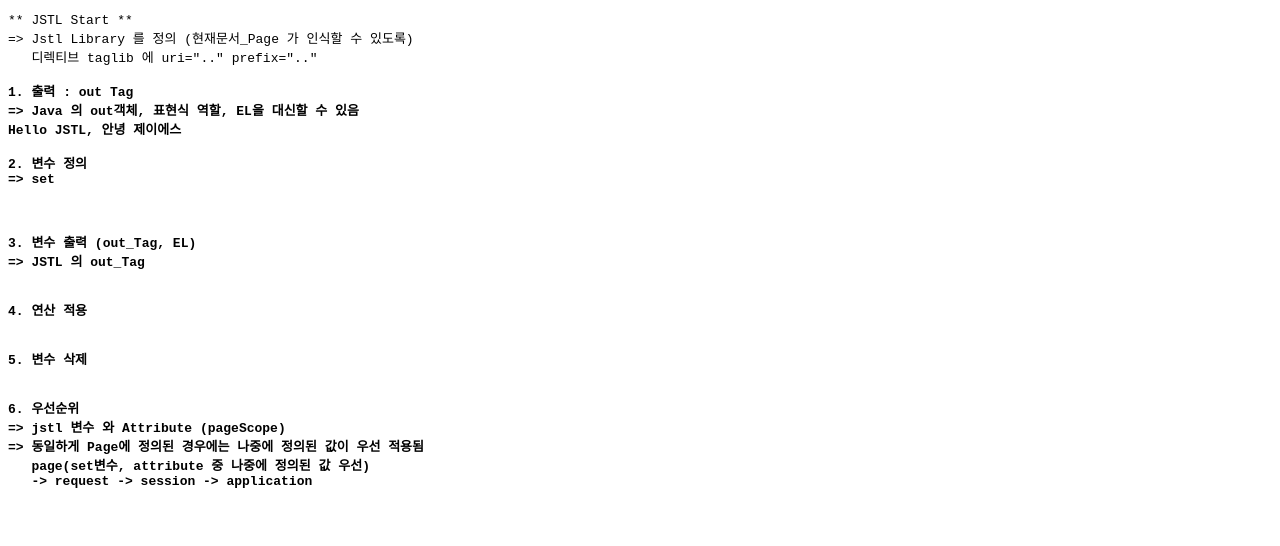
Repository: nameground/Java
Page: http://localhost/Web01/jsp05_JSTL/ex01_JSTLStart.jsp
These files come from the project's save history. The page is drawn as it stood at one moment and after the next save; the edit follows.
The browser window is 1280 px wide. The pictures show the whole page.
The page is served by Tomcat 9. Nobody is signed in. The application's start-up code is not run. Other server files are loaded and not shown.

Above is the page before, as saved 2023-10-13 06:02:48.

### mTest/Mywork/Web01/src/main/webapp/jsp05_JSTL/ex01_JSTLStart.jsp
<%@ page language="java" contentType="text/html; charset=UTF-8"
    pageEncoding="UTF-8"%>
<%@ taglib uri="http://java.sun.com/jsp/jstl/core" prefix="c" %>
<!DOCTYPE html>
<html>
<head>
<meta charset="UTF-8">
<title>JSTL Start</title>
</head>
<body>
<pre>
** JSTL Start **
=> Jstl Library 를 정의 (현재문서_Page 가 인식할 수 있도록)
   디렉티브 taglib 에 uri=".." prefix=".."
<b>
1. 출력 : out Tag
=> Java 의 out객체, 표현식 역할, EL을 대신할 수 있음
<c:out value="Hello JSTL, 안녕 제이에스"/>

2. 변수 정의
=> set
<c:set value ="풩길풩" var = "name" />
<c:set value ="22" var = "age"/>

3. 변수 출력 (out_Tag, EL)
=> JSTL 의 out_Tag


4. 연산 적용


5. 변수 삭제


6. 우선순위
=> jstl 변수 와 Attribute (pageScope)
=> 동일하게 Page에 정의된 경우에는 나중에 정의된 값이 우선 적용됨
   page(set변수, attribute 중 나중에 정의된 값 우선)
   -> request -> session -> application

</b></pre>
</body>
</html>

After the next save:
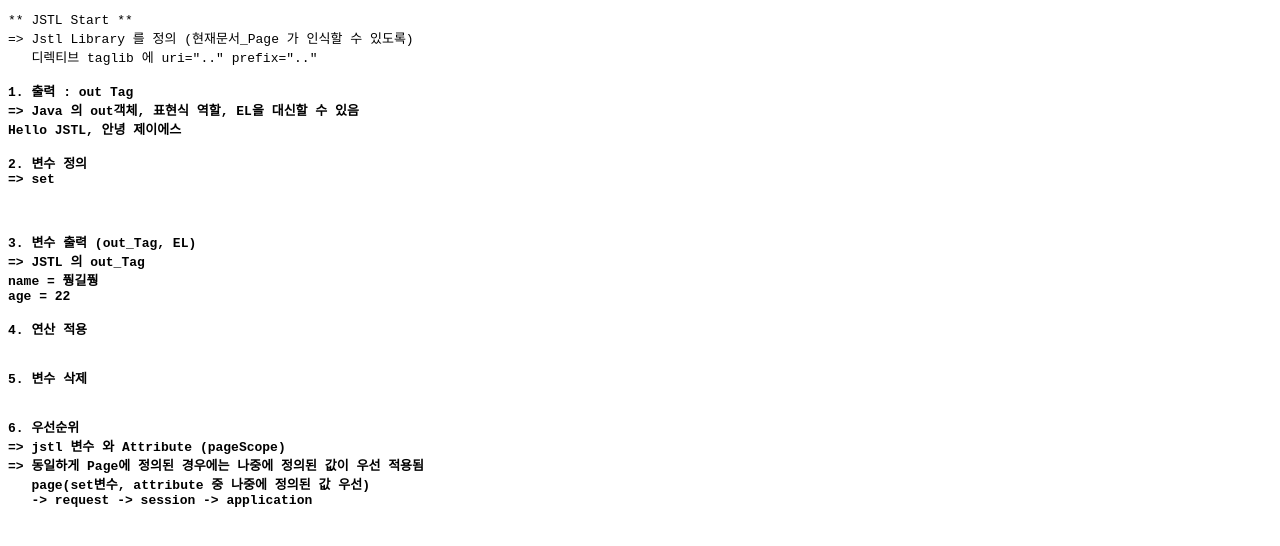
Saved 119 s later.
--- a/mTest/Mywork/Web01/src/main/webapp/jsp05_JSTL/ex01_JSTLStart.jsp
+++ b/mTest/Mywork/Web01/src/main/webapp/jsp05_JSTL/ex01_JSTLStart.jsp
@@ -24,7 +24,8 @@
 
 3. 변수 출력 (out_Tag, EL)
 => JSTL 의 out_Tag
-
+name = <c:out value="${name}"/>
+age = <c:out value ="${age}" />
 
 4. 연산 적용
 
